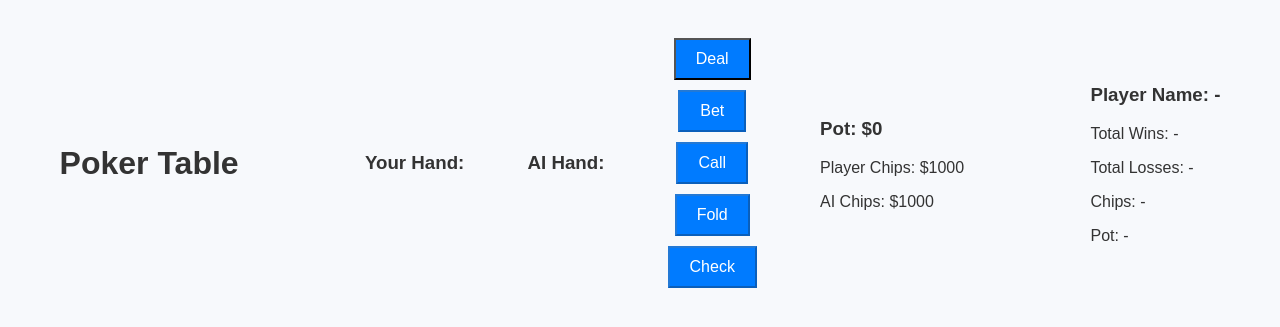
Repository: KidBillionaire/newapp
Page: public/playTable.html
An editor plug-in stored every save of this project. The page is shown before and after the next save, followed by the edit.
The browser window is 1280 px wide. The pictures show the whole page.

Above is the page before, as saved 2024-10-10 19:18:42.

### public/playTable.html
<!DOCTYPE html>
<html lang="en">
<head>
    <meta charset="UTF-8">
    <meta name="viewport" content="width=device-width, initial-scale=1.0">
    <title>Play Poker Table</title>
    <link rel="stylesheet" href="styles.css">
</head>
<body>
    <div class="container">
        <h1 id="tableNameHeading">Poker Table</h1>

        <!-- Poker Table Container -->
        <div id="pokerTableContainer">
            <!-- Community Cards Container -->
            <div id="communityCardsContainer">
                <div class="community-card" id="card1"></div>
                <div class="community-card" id="card2"></div>
                <div class="community-card" id="card3"></div>
                <div class="community-card" id="card4"></div>
                <div class="community-card" id="card5"></div>
            </div>
        </div>

        <!-- Player Hand and AI Hand Containers -->
        <div id="playerHandContainer">
            <h3>Your Hand:</h3>
            <div id="playerHand" class="hand-container"></div>
        </div>
        <div id="aiHandContainer">
            <h3>AI Hand:</h3>
            <div id="aiHand" class="hand-container"></div>
        </div>

        <!-- Action Buttons -->
        <div id="actionsContainer">
            <button id="dealButton">Deal</button>
            <button id="betButton" disabled>Bet</button>
            <button id="callButton" disabled>Call</button>
            <button id="foldButton" disabled>Fold</button>
            <button id="checkButton" disabled>Check</button>
        </div>

        <!-- Player Information and Pot Display -->
        <div id="playerInfo">
            <h3 id="currentPot">Pot: $0</h3>
            <p id="playerChips">Player Chips: $1000</p>
            <p id="aiChips">AI Chips: $1000</p>
        </div>

        <!-- Seat Container -->
        <div id="pokerTableContainer">
            <div id="seatsContainer">
                <div class="seat" id="seat1" data-seat="1">Seat 1</div>
                <div class="seat" id="seat2" data-seat="2">Seat 2</div>
                <div class="seat" id="seat3" data-seat="3">Seat 3</div>
                <div class="seat" id="seat4" data-seat="4">Seat 4</div>
                <div class="seat" id="seat5" data-seat="5">Seat 5</div>
                <div class="seat" id="seat6" data-seat="6">Seat 6</div>
            </div>
        </div>

        <!-- Modal to enter user ID -->
        <div id="userModal" class="modal">
            <div class="modal-content">
                <span class="close">&times;</span>
                <h3>Enter Friend's User ID</h3>
                <input type="text" id="userIdInput" placeholder="Enter User ID">
                <button id="submitUserId">Submit</button>
            </div>
        </div>

        <!-- Player Information Section -->
        <div id="playerInfo">
            <h3 id="currentPlayerName">Player Name: -</h3>
            <p id="currentPlayerWins">Total Wins: -</p>
            <p id="currentPlayerLosses">Total Losses: -</p>
            <p id="currentPlayerChips">Chips: -</p>
            <p id="currentPlayerPot">Pot: -</p>
        </div>
    </div>

    <!-- JavaScript for Game Logic -->
    <script>
        // Get references to HTML elements
        const pokerTableContainer = document.getElementById('pokerTableContainer');
        const seats = document.querySelectorAll('.seat');
        const userModal = document.getElementById('userModal');
        const closeModal = document.querySelector('.close');
        const submitUserIdButton = document.getElementById('submitUserId');
        const userIdInput = document.getElementById('userIdInput');
        const currentPlayerName = document.getElementById('currentPlayerName');
        const currentPlayerWins = document.getElementById('currentPlayerWins');
        const currentPlayerLosses = document.getElementById('currentPlayerLosses');

        // Show modal when a seat is clicked
        seats.forEach(seat => {
            seat.addEventListener('click', () => {
                userModal.style.display = 'block';
                userIdInput.dataset.seat = seat.dataset.seat; // Store seat info in input for later use
            });
        });

        // Close modal when the close button is clicked
        closeModal.addEventListener('click', () => {
            userModal.style.display = 'none';
        });

        // Handle submission of user ID
        submitUserIdButton.addEventListener('click', async () => {
            const userId = userIdInput.value.trim();
            const seatNumber = userIdInput.dataset.seat;

            if (!userId) {
                alert('Please enter a User ID');
                return;
            }

            // Fetch user data from the server
            try {
                const response = await fetch(`http://localhost:3000/users/${userId}`);
                if (!response.ok) {
                    alert('User not found');
                    return;
                }
                const userData = await response.json();

                // Update player information display
                currentPlayerName.textContent = `Player Name: ${userData.username}`;
                currentPlayerWins.textContent = `Total Wins: ${userData.totalWins}`;
                currentPlayerLosses.textContent = `Total Losses: ${userData.totalLosses}`;

                // Optionally mark the seat as occupied
                const selectedSeat = document.querySelector(`.seat[data-seat="${seatNumber}"]`);
                selectedSeat.textContent = userData.username;
                selectedSeat.style.backgroundColor = '#00cc44'; // Change seat color

                // Close the modal
                userModal.style.display = 'none';
            } catch (error) {
                console.error('Error fetching user data:', error);
                alert('Error fetching user data');
            }
        });
    </script>

    <!-- Modal Styling -->
    <style>
        .modal {
            display: none;
            position: fixed;
            z-index: 1;
            left: 0;
            top: 0;
            width: 100%;
            height: 100%;
            overflow: auto;
            background-color: rgb(0,0,0);
            background-color: rgba(0,0,0,0.4);
        }

        .modal-content {
            background-color: #fefefe;
            margin: 15% auto;
            padding: 20px;
            border: 1px solid #888;
            width: 30%;
        }

        .close {
            color: #aaa;
            float: right;
            font-size: 28px;
            font-weight: bold;
        }

        .close:hover,
        .close:focus {
            color: black;
            text-decoration: none;
            cursor: pointer;
        }
    </style>
</body>
</html>

### public/styles.css
body {
    font-family: Arial, sans-serif;
    background-color: #f7f9fc;
    padding: 20px;
}

h1 {
    text-align: center;
    color: #333;
}

#userTable {
    width: 80%;
    margin: 0 auto;
    border-collapse: collapse;
}

#userTable th,
#userTable td {
    border: 1px solid #ddd;
    padding: 8px;
    text-align: center;
}

#userTable th {
    background-color: #333;
    color: white;
}

button {
    display: block;
    margin: 10px auto;
    padding: 10px 20px;
    font-size: 16px;
    cursor: pointer;
}

button:hover {
    background-color: #555;
    /* Darker background */
    color: #fff;
    /* White text */
}


.montserrat-title {
    font-family: 'Montserrat', sans-serif;
    font-weight: 700;
    /* strong title font */
}

.montserrat-body {
    font-family: 'Montserrat', sans-serif;
    font-weight: 400;
    /* normal body font */
}

.container {
    display: flex;
    justify-content: space-around;
    align-items: center;
}

:root {
    --primary-color: #333;
    --secondary-color: #007BFF;
    --background: #f7f9fc;
}

body {
    background: var(--background);
    color: var(--primary-color);
}

button {
    background-color: var(--secondary-color);
    color: white;
}

/* Profile Settings Section */
#profileSettings {
    margin: 20px auto;
    width: 50%;
    border: 1px solid #ddd;
    padding: 20px;
    background-color: #fff;
    box-shadow: 0 0 10px rgba(0, 0, 0, 0.1);
}

.hidden {
    display: none;
}

#profileSettings label {
    display: inline-block;
    width: 150px;
}

#profileSettings input {
    width: calc(100% - 160px);
    padding: 8px;
    margin: 8px 0;
}

#profileSettings button {
    width: 100%;
    padding: 10px;
    background-color: #333;
    color: white;
    border: none;
    cursor: pointer;
}
/* Create a specific class for the Create Poker Table page background */
.create-table-page {
    background-image: url('images/vecteezy_poker-table-green-cloth-on-dark-background-vector-illustration_6325236.jpg'); /* Set background image */
    background-size: cover;         /* Scale the image to cover the entire page */
    background-repeat: no-repeat;   /* Prevent tiling */
    background-position: center;    /* Center the background */
    background-attachment: fixed;   /* Make the background fixed during scroll */
    padding: 20px;
    height: 100vh;                  /* Set height to fill the entire view height */
    display: flex;                  /* Use flexbox for centering */
    justify-content: center;        /* Center content horizontally */
    align-items: center;            /* Center content vertically */
  }

  .create-table-page::after {
    content: '';
    position: absolute;
    top: 0;
    left: 0;
    width: 100%;
    height: 100%;
    background: rgba(255, 255, 255, 0.5); /* Dark overlay */
    z-index: -1; /* Ensure it stays behind other elements */
  }
  /* Container for the poker table */
#pokerTableContainer {
    display: flex;
    justify-content: center;
    align-items: center;
    margin-top: 30px;
  }

  /* Style the poker table */
  #pokerTable {
    position: relative;
    width: 500px;
    height: 500px;
    border-radius: 50%; /* Make the table circular */
    background: url('images/vecteezy_poker-table-green-cloth-on-dark-background-vector-illustration_6325236.jpg') center/cover; /* Set background image */
    box-shadow: 0 0 20px rgba(0, 0, 0, 0.5);
  }

  /* Generic seat style */
  .seat {
    position: absolute;
    width: 60px;
    height: 60px;
    border-radius: 50%;
    background-color: #333;
    color: white;
    display: flex;
    justify-content: center;
    align-items: center;
    font-size: 14px;
    box-shadow: 0 0 10px rgba(0, 0, 0, 0.2);
  }

  /* Seat positions */
  .seat-top { top: 10px; left: 50%; transform: translateX(-50%); }
  .seat-right { top: 50%; right: 10px; transform: translateY(-50%); }
  .seat-bottom { bottom: 10px; left: 50%; transform: translateX(-50%); }
  .seat-left { top: 50%; left: 10px; transform: translateY(-50%); }

  .seat-top-right { top: 30px; right: 30px; }
  .seat-bottom-right { bottom: 30px; right: 30px; }
  .seat-bottom-left { bottom: 30px; left: 30px; }
  .seat-top-left { top: 30px; left: 30px; }

  .seat-top-center { top: 20px; left: 30%; }
  .seat-bottom-center { bottom: 20px; left: 30%; }
  /* styles.css */

.create-table-page {
    background-image: url('images/vecteezy_poker-table-green-cloth-on-dark-background-vector-illustration_6325236.jpg') center/cover; /* Set background image */
    background-size: cover;
}

#pokerTable {
    position: relative; /* To position seats correctly */
    width: 400px; /* Width of the poker table */
    height: 200px; /* Height of the poker table */
    margin: 20px auto; /* Center the poker table */
    border: 2px solid green; /* Border for the poker table */
    border-radius: 20px; /* Rounded corners */
}

.seat {
    display: none; /* Initially hide all seats */
    width: 40px; /* Width of each seat */
    height: 40px; /* Height of each seat */
    background-color: #FFF; /* Seat color */
    border: 1px solid #000; /* Seat border */
    position: absolute; /* To position seats */
}

/* Add seat positioning styles here (seat-top, seat-bottom, etc.) */

After the next save:
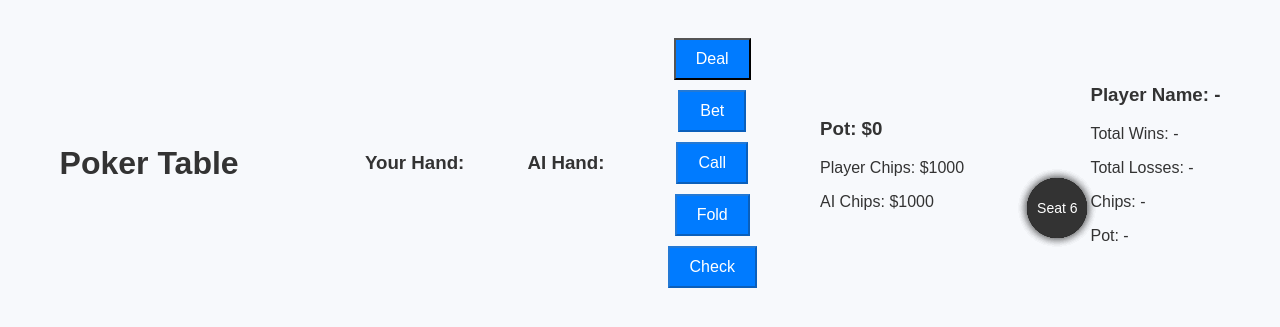
Saved 9 s later.
--- a/public/styles.css
+++ b/public/styles.css
@@ -180,29 +180,3 @@ button {
 
   .seat-top-center { top: 20px; left: 30%; }
   .seat-bottom-center { bottom: 20px; left: 30%; }
-  /* styles.css */
-
-.create-table-page {
-    background-image: url('images/vecteezy_poker-table-green-cloth-on-dark-background-vector-illustration_6325236.jpg') center/cover; /* Set background image */
-    background-size: cover;
-}
-
-#pokerTable {
-    position: relative; /* To position seats correctly */
-    width: 400px; /* Width of the poker table */
-    height: 200px; /* Height of the poker table */
-    margin: 20px auto; /* Center the poker table */
-    border: 2px solid green; /* Border for the poker table */
-    border-radius: 20px; /* Rounded corners */
-}
-
-.seat {
-    display: none; /* Initially hide all seats */
-    width: 40px; /* Width of each seat */
-    height: 40px; /* Height of each seat */
-    background-color: #FFF; /* Seat color */
-    border: 1px solid #000; /* Seat border */
-    position: absolute; /* To position seats */
-}
-
-/* Add seat positioning styles here (seat-top, seat-bottom, etc.) */

After the save that followed:
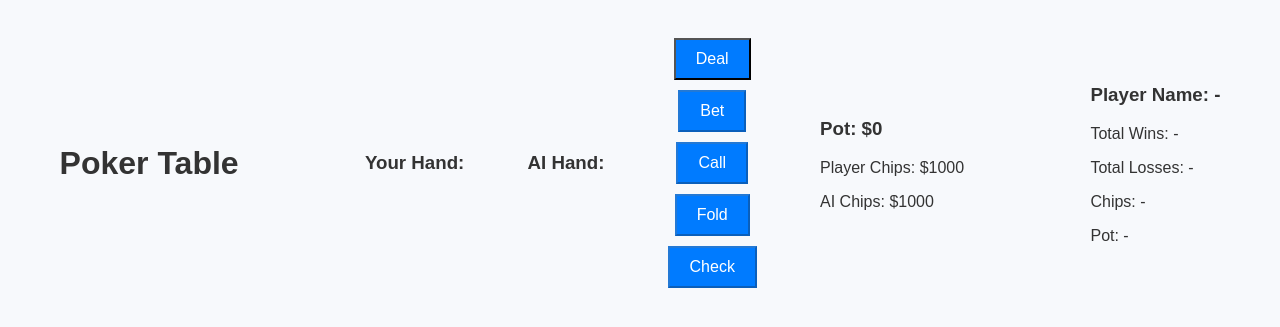
Saved 25 s later.
--- a/public/styles.css
+++ b/public/styles.css
@@ -180,3 +180,29 @@ button {
 
   .seat-top-center { top: 20px; left: 30%; }
   .seat-bottom-center { bottom: 20px; left: 30%; }
+  /* styles.css */
+
+.create-table-page {
+    background-image: url('your-background-image.jpg'); /* Place your background image */
+    background-size: cover;
+}
+
+#pokerTable {
+    position: relative; /* To position seats correctly */
+    width: 400px; /* Width of the poker table */
+    height: 200px; /* Height of the poker table */
+    margin: 20px auto; /* Center the poker table */
+    border: 2px solid green; /* Border for the poker table */
+    border-radius: 20px; /* Rounded corners */
+}
+
+.seat {
+    display: none; /* Initially hide all seats */
+    width: 40px; /* Width of each seat */
+    height: 40px; /* Height of each seat */
+    background-color: #FFF; /* Seat color */
+    border: 1px solid #000; /* Seat border */
+    position: absolute; /* To position seats */
+}
+
+/* Add seat positioning styles here (seat-top, seat-bottom, etc.) */
